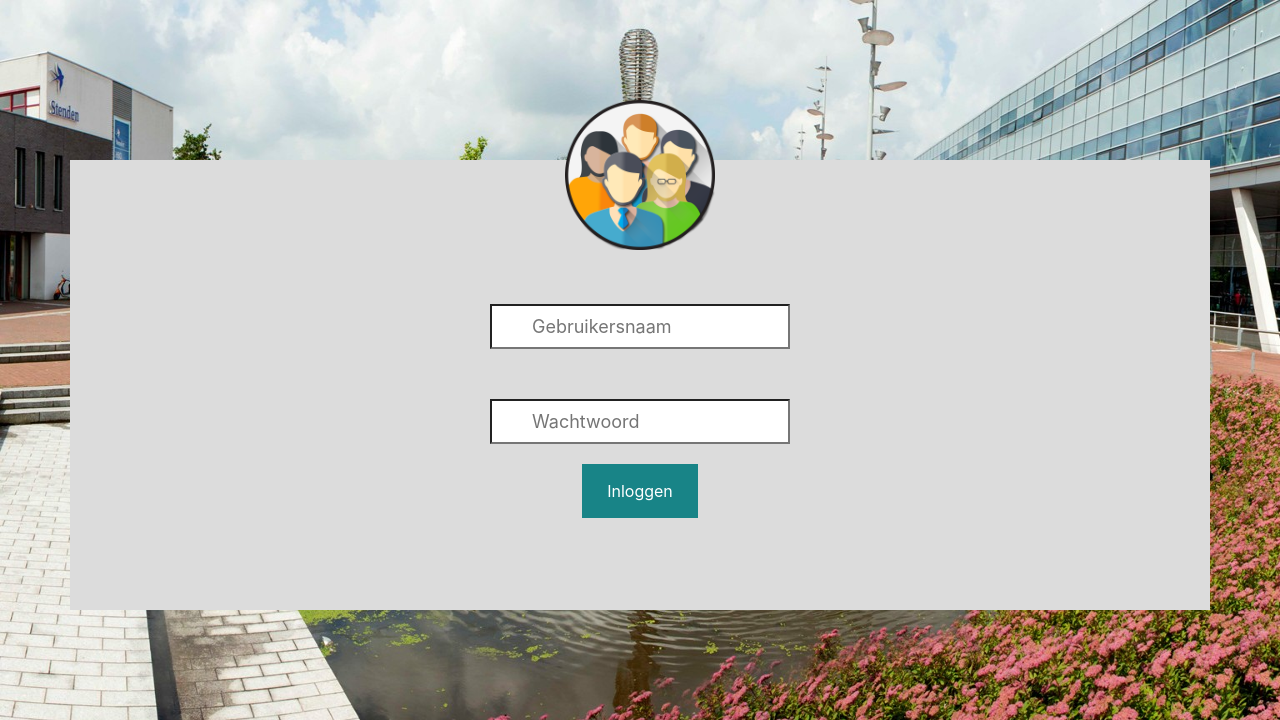
Repository: ohjorn/Webdev3
Page: http://localhost/LoginScreen.php
The author's editor kept a copy of each file at every save. The page is drawn from the files as they stood at one save, then again after the next save.
The browser window is 1280 px wide. The pictures show the whole page.
The page is run by PHP 8.4 with error messages shown; the project is at /var/www/html/.

Above is the page before, as saved 2020-04-14 17:27:13.

### LoginScreen.php
<?php
  require("LoginScreenPHP.php");
  if (session_status() == PHP_SESSION_NONE)
  {
    session_start();
  }
?>

<!DOCTYPE html>
<html lang="en">
<head>
  <title>Bootstrap 4 Website Example</title>
  <meta charset="utf-8">
  <meta name="viewport" content="width=device-width, initial-scale=1">

  <link rel="stylesheet" href="LoginScreen.css">

  <link rel="stylesheet" href="https://maxcdn.bootstrapcdn.com/bootstrap/4.3.1/css/bootstrap.min.css">
<style>

</style>
</head>
<body>
<div class="container">
 <img src="usericon.png"/>
<form action="LoginScreenPHP.php" method="post" name="form">
  <br><input type="text" name="Username" placeholder="Gebruikersnaam" >
  <br><input type="password" name="Password" placeholder="Wachtwoord">
  <br><input type="submit" id="btn-login" name="Login" value="Inloggen" class="btn-login">
</form>
<?php
  if (isset($_SESSION['WrongInput']))
  {
    echo "<span style='color:red;'> ".$_SESSION['WrongInput']."<span>";
    unset($_SESSION['WrongInput']);
  }
?>
</div>
</body>
</html>

### LoginScreenPHP.php
<?php
if ((!class_exists('connectDB'))) {
  include_once("Connect.php");
}

if (session_status() == PHP_SESSION_NONE)
{
  session_start();
}

//Checks if the entered username and password match and transports the user to the main menu if this is the case.
function validateUser($Username, $Password)
{
  $conn = connectDB();

  try
  {
    $sql = "SELECT Wachtwoord, GebruikerID FROM gebruiker WHERE `UniekeLoginNaam` = :Username";
    $stmt = $conn->prepare($sql);
    $stmt->bindValue("Username", $Username, PDO::PARAM_STR);
    $stmt->execute();
    foreach ($stmt->fetchAll() as $row)
    {
      $result = $row["Wachtwoord"];
      $_SESSION['UserID'] = $row["GebruikerID"];
    }
  }
  catch (exception $ex)
  {
    return false;
  }
  if (password_verify($Password, $result))
  {
    return true;
  }
  else
  {
    return false;
  }
}

if ((!empty($_POST["Login"])) && ($_POST["Login"] == "Inloggen"))
{
  $Username = null;
  $Username = filter_var($_POST["Username"], FILTER_SANITIZE_STRING);
  $Username = validate($Username);
  $Password = null;
  $Password = filter_var($_POST["Password"], FILTER_SANITIZE_STRING);
  $Password = validate($Password);

  if (($Password != null) && ($Username != null) && validateUser($Username, $Password))
  {
    $_SESSION['Username'] = $Username;
    $_SESSION["UserID"] = GetUserID($Username);
    header("Location: MainMenu.php");
    exit;
  }
  else
  {
    $_SESSION['WrongInput'] = "
      De ingevoerde gegevens zijn incorrect.<br>
      Als u uw wachtwood vergeten bent <br>
      kunt u contact opnemen met<br>
      Ton Koppers.<br>
    ";
    header("Location: LoginScreen.php");
    exit;
  }
}
// ^^^
?>

### Connect.php
<?php
//ConnectToDB
function connectDB()
{
  $host = "localhost";
  $databaseName = "licentiedb";
  $dns = "mysql:host=$host;dbname=$databaseName";
  $username = "root";
  $password = "";

  $conn = new PDO($dns, $username, $password);
  $conn->setAttribute(PDO::ATTR_ERRMODE, PDO::ERRMODE_EXCEPTION);
  return $conn;
}
//ConnectToDB ^^^
?>

### LoginScreen.css
body{
    margin: 0 auto;
    background-image: url("background.jfif");
    background-repeat: no-repeat;
    background-size: 100% 768px;
    color: lightgray;

   }

   .container{
    width: 500px;
    height: 450px;
    text-align: center;
    margin: 0 auto;
    background-color: #DCDCDC !important;
    margin-top: 160px;
   }

   .container img{
    width: 150px;
    height: 150px;
    margin-top: -60px;
   }

   input[type="text"],input[type="password"]{
    margin-top: 30px;
    height: 45px;
    width: 300px;
    font-size: 18px;
    margin-bottom: 20px;
    background-color: #fff;
    padding-left: 40px;
   }

   .form-input::before{
    content: "\f007";
    font-family: "FontAwesome";
    padding-left: 07px;
    padding-top: 40px;
    position: absolute;
    font-size: 35px;
    color: #188487;
   }

   .form-input:nth-child(2)::before{
    content: "\f023";
   }

   #btn-login{
    padding: 15px 25px;
    border: none;
    background-color: #188487;
    color: #fff;
   }

After the next save:
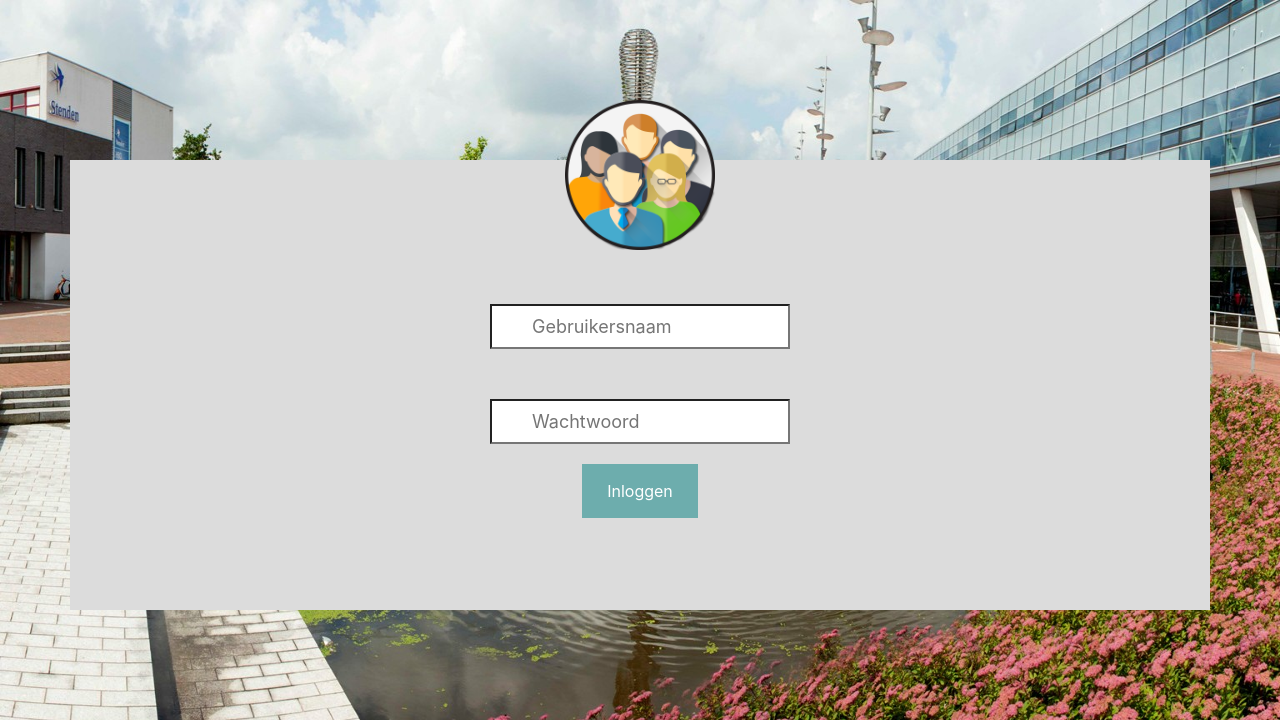
Saved 21 s later.
--- a/LoginScreen.css
+++ b/LoginScreen.css
@@ -49,6 +49,6 @@
    #btn-login{
     padding: 15px 25px;
     border: none;
-    background-color: #188487;
+    background-color: rgb(0, 128, 128, 0.5) !important;
     color: #fff;
    }

After the save that followed:
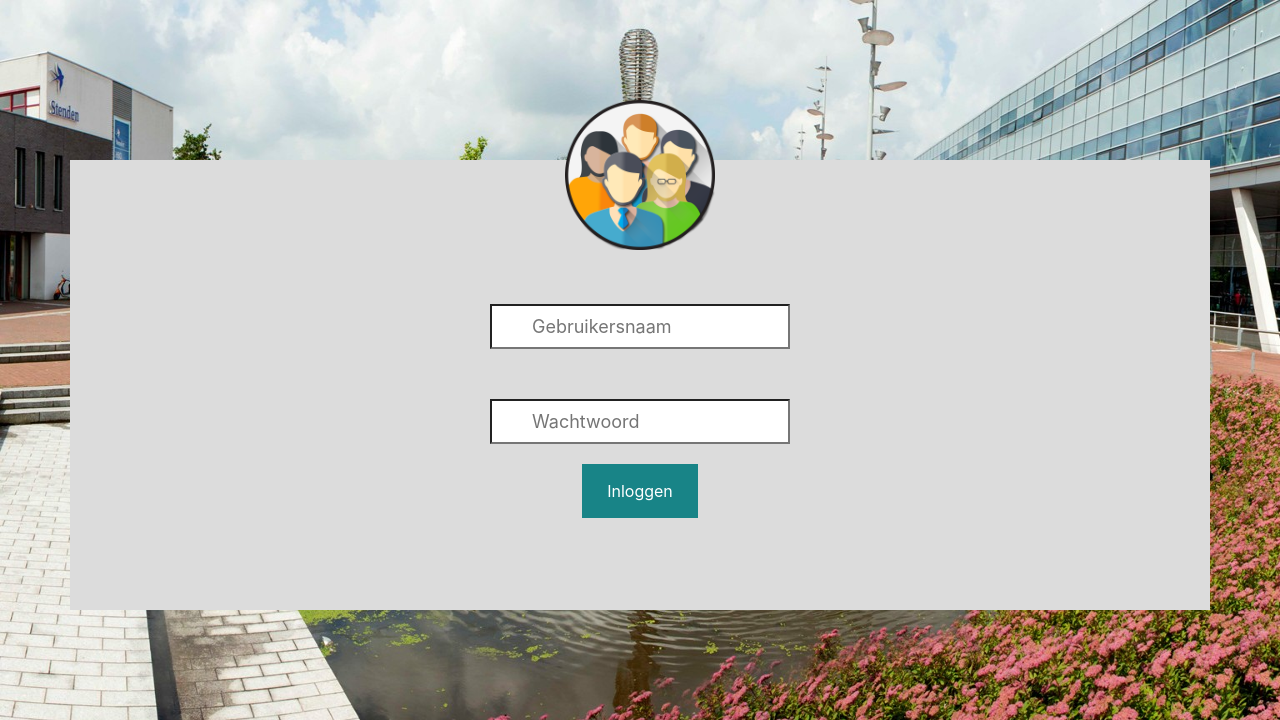
Saved 10 min 36 s later.
--- a/LoginScreen.css
+++ b/LoginScreen.css
@@ -49,6 +49,6 @@
    #btn-login{
     padding: 15px 25px;
     border: none;
-    background-color: rgb(0, 128, 128, 0.5) !important;
+    background-color: #188487;
     color: #fff;
    }
